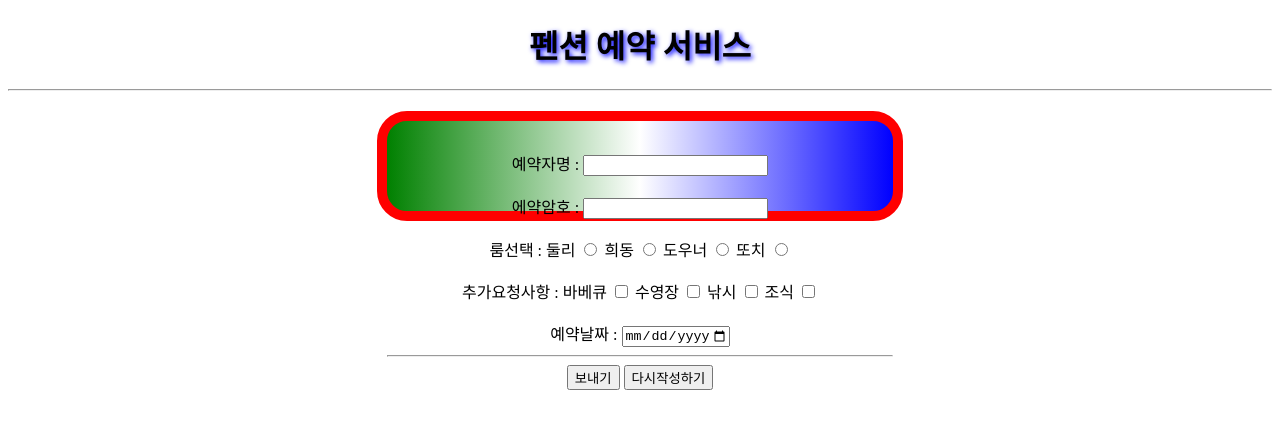
Repository: jhsnex123/web_study
Page: edu/src/main/webapp/cssexam/csslab3.html
The author's editor kept a copy of each file at every save. The page is drawn from the files as they stood at one save, then again after the next save.
The browser window is 1280 px wide. The pictures show the whole page.

Above is the page before, as saved 2024-09-19 02:45:00.

After the next save:
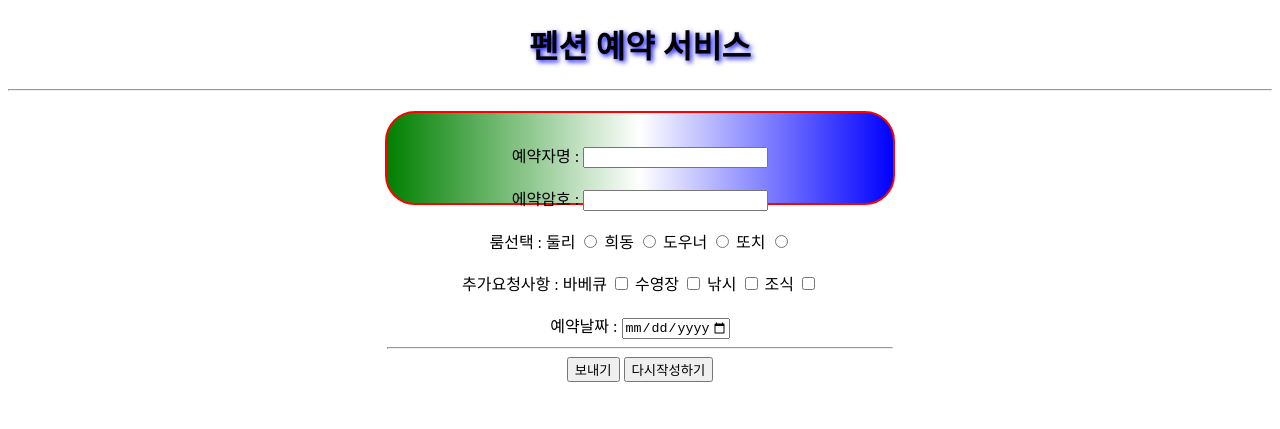
Saved 11 s later.
--- a/edu/src/main/webapp/cssexam/csslab3.html
+++ b/edu/src/main/webapp/cssexam/csslab3.html
@@ -26,7 +26,7 @@ div{
 		margin-right: auto;
 	    margin-left: auto;
 	    background-image : linear-gradient(to left, blue, white,green);
-		border : 10px solid red;
+		border : 2px solid red;
 		border-radius : 30px;
 
 }
